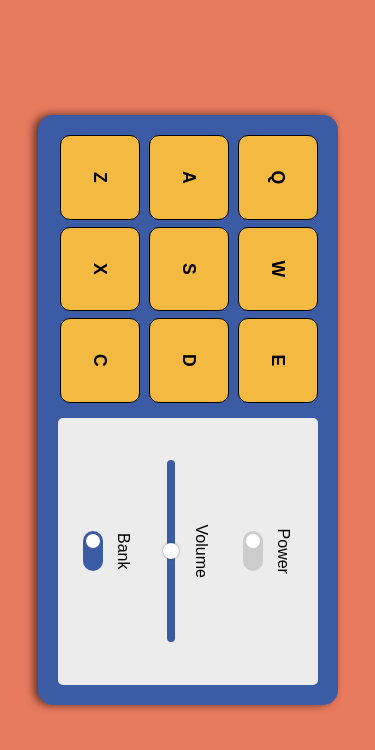
Repository: alfredoleano/drum-machine
Page: /
The author's editor kept a copy of each file at every save. The page is drawn from the files as they stood at one save, then again after the next save.
The browser window is 375 px wide. The pictures show the whole page.
The project was rebuilt for these pictures with package versions that can differ from the ones it lists, and the page was loaded fresh each time.

Above is the page before, as saved 2024-06-14 13:43:21.

After the next save:
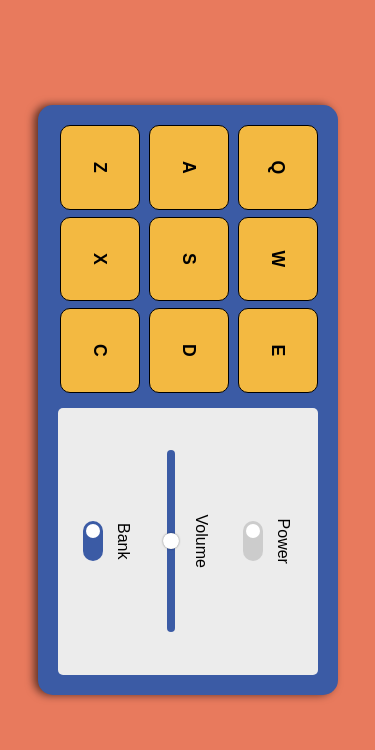
Saved 6 s later.
--- a/src/styles.scss
+++ b/src/styles.scss
@@ -270,7 +270,7 @@ input[type="range"]::-ms-track {
   }
 
   #display {
-    margin: 10px;
+    margin: auto;
     position: absolute;
     width: 590px; /* Adjusted width to fit within viewport height when rotated */
     height: 80vw; /* Adjusted height to fit within viewport width when rotated */
